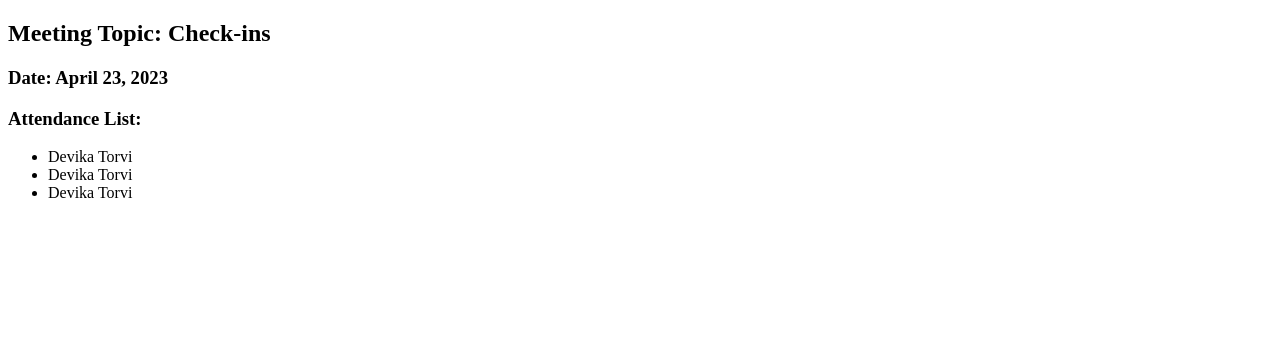
Repository: dtorvi/sp23-cse110-lab3
Page: index.html
These files come from the project's save history. The page is drawn as it stood at one moment and after a run of saves; the edit follows.
The browser window is 1280 px wide. The pictures show the whole page.

Above is the page before, as saved 2023-04-23 13:17:44.

After the next 2 saves:
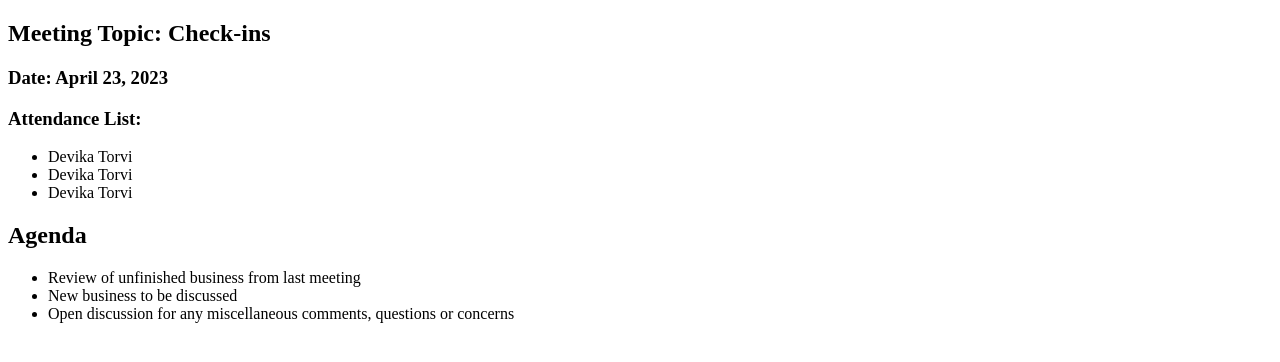
The 2 saves are shown as one change because they came seconds apart.
The last was saved 87 s later.
--- a/index.html
+++ b/index.html
@@ -13,6 +13,12 @@
           <li>Devika Torvi</li>
           <li>Devika Torvi</li>
         </ul>
+        <h2>Agenda</h2>
+<ul>
+  <li>Review of unfinished business from last meeting</li>
+  <li>New business to be discussed</li>
+  <li>Open discussion for any miscellaneous comments, questions or concerns</li>
+</ul>
       </section>
   </body>
 </html>
